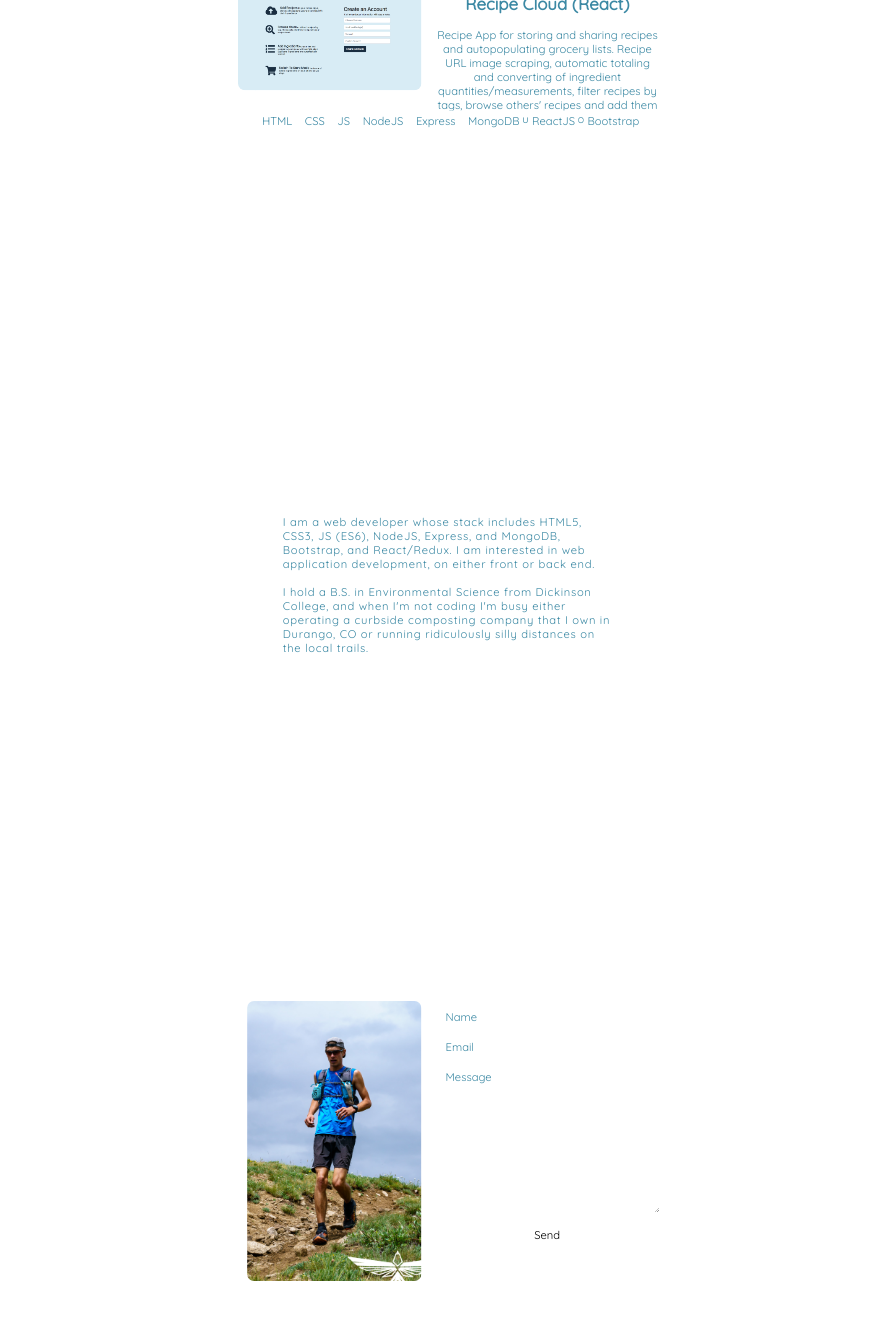
Repository: davidgolden/portfolio
Page: http://localhost/
The author's editor kept a record of every edit. The page is drawn from the files as they stood at one moment, then again after the next edit.
The browser window is 1280 px wide. The pictures show the part of the page from y = 960 to 2880 px (the page is 2880 px tall), at 70% of full size.
Some web fonts or font styles are not loaded; a fallback is used. The page is served by the project's Node server (app.js). Style sheets and scripts are compiled from the project's sources, by tool versions that may differ from the author's.

Above is the page before.

### views/index.html
<!DOCTYPE html>
<html>
<head>
	<title>David Golden</title>
	<meta name="viewport" content="width=device-width,initial-scale=1">
	<link rel="stylesheet" type="text/css" href="/assets/css/style.css">
	<link href="https://fonts.googleapis.com/css?family=Averia+Serif+Libre:400,700|Droid+Serif|Slabo+27px" rel="stylesheet">
	<link href="https://fonts.googleapis.com/css?family=Inconsolata|Quicksand" rel="stylesheet">

	<link rel="stylesheet" href="/assets/font-awesome/css/font-awesome.min.css">
</head>
<body>

<div class='container'>

<nav role = 'navigation' class='normalNav'>
	<span id='scrollIcon'><i class="fa fa-bars" aria-hidden="true"></i></span>
		<ul>
			<li class='icon' data-content='GitHub Portfolio'><a class='navLink' target='_blank' href='https://github.com/davidgolden'><i class="fa fa-github" aria-hidden="true"></i></a></li>
			<li class='icon' data-content='Email Me!'><a class='navLink' href='mailto:davidgoldeninbox@gmail.com'><i class="fa fa-envelope" aria-hidden="true"></i></a></li>
			<li class='icon' data-content='Resume'><a class='navLink' href=''><i class="fa fa-user" aria-hidden="true"></i></a></li>
		</ul>
		<ul>
			<li><a class = 'navLink' href="#titlePage">#home</a></li>
			<li><a class = 'navLink' href="#portfolio">#portfolio</a></li>
			<li><a class = 'navLink' href="#skills">#about</a></li>
			<li><a class = 'navLink' href="#contact">#contact</a></li>
			<li id='mobileIcons' style='display: none'>
				<a class='navLink' target='_blank' href='https://github.com/davidgolden'><i class="fa fa-github" aria-hidden="true"></i></a>
				<a class='navLink' href='mailto:davidgoldeninbox@gmail.com'><i class="fa fa-envelope" aria-hidden="true"></i></a>
				<a class='navLink' href='#'><i class="fa fa-user" aria-hidden="true"></i></a>
			</li>
		</ul>

	</nav>

<section id="titlePage">
		<h1>const david_golden;</h1>
		<!--<h2>david_golden = 'web developer';</h2>-->


</section>

<section id='portfolio'>
	<h2>let portfolio =</h2>

	<div class='item-container'>
		<div class='left-arrow'>
			<i class="fa fa-chevron-left" aria-hidden="true"></i>
		</div>

		<div class='item-image'>
		</div>
		<div class='item-desc'>
		</div>
		<div class='item-tags'>
			</div>
		<div class='right-arrow'>
			<i class="fa fa-chevron-right" aria-hidden="true"></i>
		</div>
	</div>

</section>
<section id='skills' class='hasBackground'>
<h2>let about =</h2>
<div class='aboutContainer'>
	<p>I am a web developer whose stack includes HTML5, CSS3, JS (ES6), NodeJS, Express, and MongoDB, Bootstrap, and React/Redux.
	I am interested in web application development, on either front or back end.<br><br>

	I hold a B.S. in Environmental Science from Dickinson College, and when I'm not coding I'm busy either operating a curbside composting company
	that I own in Durango, CO or running ridiculously silly distances on the local trails.</p>
</div>
</section>



<section id='contact'>
	<h2>let contact =</h2>
	<img src="assets/images/portfoliopic.jpg" style="height: 400px">
	<form id='contactForm'>
		<input type="text" name="name" placeholder = "Name" required>
		<input type="email" name="email" placeholder="Email" required>
		<textarea name='message' placeholder='Message' required></textarea>
		<input type='submit' id='sendEmailButton' value='Send'>
	</form>
</section>

</div>

</body>
<script type="text/javascript" src='/assets/js/script.js'></script>
</html>

### app.js
require('dotenv').config({path: './.env'});

var express = require('express'),
    app = express(),
    bodyParser = require('body-parser'),
    nodemailer = require('nodemailer');

app.use(express.static(__dirname +'/public'));
app.engine('html', require('ejs').renderFile);
app.use(bodyParser.urlencoded({extended: true}));
app.use(bodyParser.json());


app.get('/', function(req, res) {
    res.render('index.html');
})

app.post('/', function(req, res) {

    let name = req.body.name;
    let email = req.body.email;
    let message = req.body.message;

    let sendEmail = function(name, email, message) {
        var transporter = nodemailer.createTransport({
                    service: 'Mailgun',
                    auth: {
                        user: process.env.MAILUSER,
                        pass: process.env.MAILPASS
                    }
                });

                var mailOptions = {
                    from: email, // sender address
                    to: 'davidgoldeninbox@gmail.com', // list of receivers
                    subject: `Message from ${name}`, // Subject line
                    html: message // html body
                };

                transporter.sendMail(mailOptions, (error, info) => {
                    console.log('called');
                    if (error) {
                        console.log(error);
                        res.send('error');
                    } else {
                        console.log('sent');
                        res.send('sent');
                    }
                });
    }
    if(name != undefined && message !== '') {
      sendEmail(name, email, message);
    }
})

app.get('*', function(req, res) {
    res.redirect('/');
})

app.listen(3000, function(){
  console.log("Express server listening on port %d in %s mode", this.address().port, app.settings.env);
});

### public/assets/js/script.js
document.getElementById('titlePage').style.height = window.innerHeight+'px';

// *********** Start NavBar Script ***************
var navBar = document.getElementsByTagName('nav')[0];
var scrollIcon = document.getElementById('scrollIcon');
var mobileNavOpen = false;
var scrollDown = false;
var navLink = document.getElementsByClassName('navLink');
let navIcons = document.getElementById('mobileIcons');
var isSmall;

function turnOnMobile() {
	navBar.classList.remove('normalNav');
	navBar.classList.add('navOnScroll');
	navIcons.style.display='block';
}

function turnOffMobile() {
	navBar.classList.remove('navOnScroll');
	navBar.classList.add('normalNav');
	navBar.classList.remove('mobileNav');
	navIcons.style.display='none';
}

// function checkY(y) {
// 	if(window.scrollY > (y*.25)) {
// 		turnOnMobile();
// 		scrollDown = true;
// 	}
// 	// When you scroll up, turn off mobile
// 	else if(isSmall == false) {
// 		turnOffMobile();
// 		scrollDown = false;
// 	}
// }

function checkX(x) {
	if(x <= 960) {
		turnOnMobile();
		isSmall = true;
	}
	else {
		turnOffMobile();
		isSmall = false;
	}
}

// Find screen size, turn on mobile if applicable
window.addEventListener('load', function() {
	checkX(window.innerWidth);
})

// When you scroll down, turn on mobile
// window.addEventListener('scroll', function() {
// 	checkY(window.innerHeight);
// });
// When screen is resized, find out size, then turn on mobile if applicable
window.addEventListener('resize', function() {
	//resize background image
	document.getElementById('titlePage').style.height = window.innerHeight+'px';
	checkX(window.innerWidth);
	// if(scrollDown == true) {
	// 	checkY(window.innerHeight);
	// }
})

// On click of hamburger icon
scrollIcon.addEventListener('click', function() {
	// If mobileNav is closed, open it
	if(mobileNavOpen == false) {
		navBar.classList.add('mobileNav');
		mobileNavOpen = true;
	}
	// If mobileNav is open, close it
	else {
		navBar.classList.remove('mobileNav');
		mobileNavOpen = false;
	}
})

for(var i=0; i<navLink.length; i++) {
	navLink[i].addEventListener('click', function() {
		navBar.classList.remove('mobileNav');
		mobileNavOpen = false;
		// checkY(window.innerHeight);
	})
}
// *********** End NavBar Script ***************


// *********** Start Portfolio Script ***************

var projects = [
	{
		name: "recipe-cloud-react",
		imgURL: "assets/images/recipe-cloud-react.png",
		link: "http://www.react.recipe-cloud.com",
		desc: "<h3>Recipe Cloud (React)</h3> <br> Recipe App for storing and sharing recipes and autopopulating grocery lists. Recipe URL image scraping, automatic totaling and converting of ingredient quantities/measurements, filter recipes by tags, browse others' recipes and add them to your recipe book!",
		tags: ["HTML", "CSS", "JS", "NodeJS", "Express", "MongoDB", "ReactJS", "Bootstrap"]
	},
	{
		name: "recipe-cloud",
		imgURL: "assets/images/recipebook.png",
		link: "http://www.recipe-cloud.com",
		desc: "<h3>Recipe Cloud</h3> <br> This is the non-react (and original) version of the previous app. Recipe Cloud is for storing and sharing recipes and autopopulating grocery lists. Recipe URL image scraping, automatic totaling and converting of ingredient quantities/measurements, filter recipes by tags, browse others' recipes and add them to your recipe book, and edit just about anything!",
		tags: ["HTML", "CSS", "JS", "NodeJS", "Express", "MongoDB", "Bootstrap"]
	},
	{
		name: "tfc",
		imgURL: "assets/images/tfc.png",
		link: "https://www.tabletofarmcompost.com",
		desc: "<h3>Table to Farm Compost</h3> <br> This website for my curbside composting company prompts users to enter their address and immediately assigns them a pick up day using Google Maps API. There is a user dashboard for customers to update their payment information, address, or request compost, and an admin dashboard for monitoring all customer details.",
		tags: ["HTML", "CSS", "JS", "Google Maps API", "Stripe API", "NodeJS", "Express", "MongoDB"]
	},
	{
		name: "movies",
		imgURL: "assets/images/movie.png",
		link: "http://movies.david-golden.com/",
		desc: "<h3>Current Movies React App</h3> <br> An app that filters movies by release date and genre to help users find popular current movies. Built entirely vanilla CSS using React JS.",
		tags: ["HTML", "CSS", "JS", "The Movie DB API", "ReactJS"]
	},
	{
		name: "uglyduck",
		imgURL: "assets/images/uglyduck.png",
		link: "http://www.uglyduckstudio.com/",
		desc: "<h3>Web Design Studio Website</h3> <br> Website I built for a personal freelance design/development company. Build in HTML, CSS3 (vanilla), and JS (vanilla; navbar is the only Bootstrap component) with a NodeJS backend.",
		tags: ["HTML", "CSS", "JS", "Bootstrap"]
	},
	{
		name: "portfolio",
		imgURL: "assets/images/profilesite.png",
		desc: "<h3>This Site!</h3><br>It's nothing super fancy, but I built this website using entirely vanilla CSS (including CSS Grid) and JS without the use of any frameworks.",
		tags: ["HTML", "CSS", "JS"]
	}
];

var displayProject = document.getElementById('displayProject');
var displayImage = document.getElementsByClassName('item-image')[0];
var displayDesc = document.getElementsByClassName('item-desc')[0];
var displayTags = document.getElementsByClassName('item-tags')[0];
var nextProject = document.getElementsByClassName('fa-chevron-right')[0];
var lastProject = document.getElementsByClassName('fa-chevron-left')[0];
var currentProject = 0;

showProject(currentProject);

lastProject.addEventListener('click', function() {
	displayLastProject();
})

nextProject.addEventListener('click', function() {
	displayNextProject();
})

function showProject(currentProject) {
	displayImage.innerHTML = "<a href='"+projects[currentProject].link+"'target='_blank'><img src='"+projects[currentProject].imgURL+"'></a>";
	displayDesc.innerHTML = `<p>${projects[currentProject].desc}</p>`;
	displayTags.innerHTML = "";
	for(var i = 0; i<projects[currentProject].tags.length; i++) {
		displayTags.innerHTML += "<span>"+projects[currentProject].tags[i]+"</span>";
	}
}

function displayNextProject() {
	// add 1 to currentproject
	currentProject++;
	// if currentproject is > projects.length-1, reset back to 0, then display project
	if(currentProject > projects.length-1) {
		currentProject =0;
		showProject(currentProject);
	}
	// if not, display project
	else {
		showProject(currentProject);
	}
}

function displayLastProject() {
	// subtract 1 from currentproject
	currentProject--;
	// if current project < project.length-project.length, reset to currentproject.length-1
	if(currentProject < 0) {
		currentProject = projects.length-1;
		showProject(currentProject);
	}
	//if not, display project
	else {
		showProject(currentProject);
	}

}


// SEND EMAIL!
// document.getElementById('contactForm').preventDefault();
let sendButton = document.getElementById('sendEmailButton')
sendButton.addEventListener('click', function(event) {
	event.preventDefault();
	console.log('sent')
	let name = document.getElementsByName('name')[0].value;
	let email = document.getElementsByName('email')[0].value;
	let message = document.getElementsByName('message')[0].value;
	sendButton.classList.add('disabled');
	sendButton.innerHTML = "<i class='fa fa-spinner fa-pulse fa-3x fa-fw'></i><span class='sr-only'>Loading...</span>"; // set to spinner
	let xml = new XMLHttpRequest();
	  xml.open("POST", "/", true);
	  xml.setRequestHeader('Content-Type', 'application/json; charset=utf-8');
	  xml.send(JSON.stringify({name: name, email: email, message: message}));
  xml.onreadystatechange = function() {
    if (xml.readyState === 4) {
      if(xml.response === 'sent') { // on success
		sendButton.innerHTML = 'Message Received';
      } else { // no image found
        sendButton.classList.remove('disabled');
        sendButton.innerHTML = 'Send';
        alert('There was a problem processing your request!');
      }
    }
  }

})

### public/assets/css/style.scss
/******* Global Styles *********/

$blue: #70cff1;
$dark: #3C89A4;
$light: white;
$other: $dark;
//#A75A08

$break: 850px;

* {
        margin: 0;
        padding: 0;
        border: 0;
        outline: 0;
        font-size: 100%;
        vertical-align: baseline;
        background: transparent;
        /*border: 1px solid black;*/
    }

body:before {
  content: "";
  display: block;
  position: fixed;
  left: 0;
  top: 0;
  width: 100%;
  height: 100%;
  z-index: -10;
  background: url(/assets/images/chesler3.png) no-repeat center center;
  -webkit-background-size: cover;
  -moz-background-size: cover;
  -o-background-size: cover;
  background-size: cover;
}

h1, h2, h3, h4 {
	// font-family: 'Averia Serif Libre', cursive;
	font-family: 'Inconsolata', monospace;
	color: $light;
	// -webkit-text-stroke: 2px $dark;
}

h2 {
	font-size: 4em;
}

* {
	font-family: 'Quicksand', sans-serif;
}

p {
	color: $dark;
	font-family: 'Quicksand', sans-serif;
	letter-spacing: 1px;
}

li, a, h3 {
	font-family: 'Quicksand', sans-serif;
	color: $light;
}

.container {
	display: grid;
	grid-template-columns: 100%;
	grid-template-rows: auto 100vh 100vh 100vh 100vh;
}

section > h2 {
	margin-bottom: 25px;
	@media(max-width: $break) {
		font-size: 1.7rem;
	}
}


/******* Header Section Styles *********/

#titlePage {
	grid-row-start: 2;
	h1 {
		font-size: 4rem;
		margin-top: 15%;
		text-align: center;

		@media (max-width: $break) {
			font-size: 350%;
			width: 80%;
			margin: 35% auto 0;
		}
	}

	h2 {
		font-size: 1.5rem;
		padding-bottom: 3%;
		text-align: center;
		letter-spacing: 10px;

		@media (max-width: $break) {
			font-size: 125%;
			margin: 0 auto 5%;
			width: 80%;
		}
	}

	> a {
		color: $dark;
		background-color: $light;
		border: 1px solid $dark;
		text-decoration: none;
		padding: 10px;
		margin: 0 auto;
		display: block;
		width: 150px;
		border-radius: 10px;
	}

	> a:hover {
		border-width: 5px;
	}
}

.icon:active::after, .icon:hover::after {
  content: attr(data-content);
  position: absolute;
  right: 10px;
  top: 60px;
  width: auto;
  border: 4px solid $dark;
  background-color: $light;
  padding: 12px;
  color: $dark;
  font-size: 14px;
  z-index: 1;
}

/******* Portfolio Section Styles *********/

#portfolio {
	padding-top: 10%;
	grid-row-start: 3;
	text-align: center;

	.item-container {

		margin: 0 auto;
		width: 60%;
		display: grid;
		grid-template-columns: 9% 34% 43% 9%;
		grid-template-rows: 50% 18% auto;
		grid-column-gap: 2%;
		grid-row-gap: 25px;

		@media(max-width: $break) {
			width: 100%;
		}
	}

	i {
		font-size: 5rem;
		cursor: pointer;
		color: $light;

		@media(max-width: $break) {
			font-size: 3rem;
		}
	}

	i:hover {
		color: $dark;
	}

	.left-arrow {
		grid-column-start: 1;
		grid-column-end: 2;
		grid-row-start: 1;
		grid-row-end: 3;
		align-self: center;
	}

	.right-arrow {
		grid-column-start: 4;
		grid-column-end: 5;
		grid-row-start: 1;
		grid-row-end: 3;
		align-self: center;
	}

	.item-image {
		grid-column-start: 2;
		grid-column-end: 3;
		grid-row-start: 1;
		grid-row-end: 2;
		align-content: center;
		border: 2px $light;

		img {
			width: 100%;
			height: 100%;
			object-fit: cover;
			border-radius: 10px;
		}
		@media(max-width: $break) {
			grid-column-end: 4;
		}
	}

	.item-desc {
		border-radius: 10px;
		padding: 5px;
		background-color: $light;
		grid-column-start: 3;
		grid-column-end: 4;
		grid-row-start: 1;
		grid-row-end: 2;
		color: $dark;
		min-height: 200px;
		align-content: center;
		border: 2px $light;

		@media(max-width: $break) {
			grid-column-start: 2;
			grid-column-end: 4;
			grid-row-start: 2;
			grid-row-end: 3;
		}

		h3 {
			color: $dark;
			font-size: 1.5rem;
		}
	}

	.item-tags {
		grid-column-start: 2;
		grid-column-end: 4;
		grid-row-start: 2;
		grid-row-end: 3;
		span {
			background-color: $light;
			padding: 5px;
			color: $dark;
			border-radius: 5px;
			margin: 4px;
			display: inline-block;
		}
		@media(max-width: $break) {
			grid-row-start: 3;
			grid-row-end: 4;
		}
	}
}

/******* Skills Section Styles *********/

#skills {
	padding-top: 10%;
	grid-row-start: 4;

	h2 {
		text-align: center;
		margin-top: 15px;
	}

	p {
		border-radius: 10px;
		padding: 20px;
	}

	.aboutContainer {
		width: 40%;
		margin: 0 auto;
		background-color: $light;
		border-radius: 10px;

		@media (max-width: $break) {
			width: 80%;
		}
	}
}

/******* Contact Section Styles *********/

#contact {
	padding: 10% 0;
	text-align: center;
	grid-row-start: 5;

	.disabled {
		cursor: default;
		opacity: .8;
		pointer-events: none;
	}

	img {
		margin: 10px;
		border-radius: 10px;
		height: 359px;

		@media(max-width: $break) {
			display: none;
		}
	}

	form {
		width: 300px;
		padding: 10px;
		vertical-align: top;
		display: inline-block;
	}

	input {
		background-color: $light;
		margin: 5px;
		border-radius: 5px;
		line-height: 1.5em;
		width: 100%;
		padding: 5px;
	}

	textarea {
		background-color: $light;
		margin: 5px;
		border-radius: 5px;
		height: 200px;
		padding: 5px;
		width: 100%;
	}

	input::-webkit-input-placeholder {
		color: $dark;
	}

	input:-moz-placeholder{
		color: $dark;
	}

	input::-moz-placeholder{
		color: $dark;
	}

	input:-ms-input-placeholder{
		color: $dark;
	}

	textarea::-webkit-input-placeholder {
		color: $dark;
	}

	textarea:-moz-placeholder{
		color: $dark;
	}

	textarea::-moz-placeholder{
		color: $dark;
	}

	textarea:-ms-input-placeholder{
		color: $dark;
	}

	button {
		width: 310px;
		background-color: $dark;
		border-radius: 5px;
		color: white;
		cursor: pointer;
		margin: 5px;
		padding: 10px;
	}

	button:hover {
		color: $dark;
		background-color: $light;
	}

}

/******* Navigation Styles *********/

nav {
	grid-row-start: 1;
}

.normalNav {
	position: fixed;
	height: 60px;
	width: 100%;
	background-color: $blue;

	ul {
		list-style: none;
		float: right;
	}

	ul li {
		float: left;
		font-size: 1.1em;
		cursor: pointer;
		color: $other !important;
		padding: 15px;
		border-right: 2px solid $other;
		cursor: pointer;
	}

	.icon, .icon a {
		border: none;
		padding: 3px;
		font-size: 2rem;
		color: $dark !important;
	}
	.icon:first-of-type {
		padding-left: 15px;
	}
	.icon:hover, .icon:hover a {
		color: $light !important;
	}

	ul li:last-child {
		border-right: 0;
	}

	a {
		text-decoration: none;
	}

	ul li a:hover {
		color: $dark;
	}
}

#scrollIcon {
	display: none;
}

.navOnScroll {
	width: 100%;
	position: fixed;
	background-color: $other;
	top: 0;
	right: 0;
	height: 60px;
	z-index: 2;

	ul {
		display: none;
	}

	#scrollIcon {
		display: block;
		position: fixed;
		top: 10px;
		right: 20px;
		color: white;
		font-size: 2em;
		cursor: pointer;
	}
}

.mobileNav {

	ul {
		list-style: none;
		float: right;
		position: fixed;
		top: 60px;
		display: block;
		text-align: right;
		width: 100%;
		background-color: $other;
	}

	ul li {
		font-size: 1.1em;
		cursor: pointer;
		margin-right: 40px;
		width: 100%;
		padding-bottom: 10px;
	}

	ul li a {
		color: white;
		text-decoration: none;
		margin-right: 20px;
	}

	a:hover {
		text-decoration: underline;
	}
}

After the next edit:
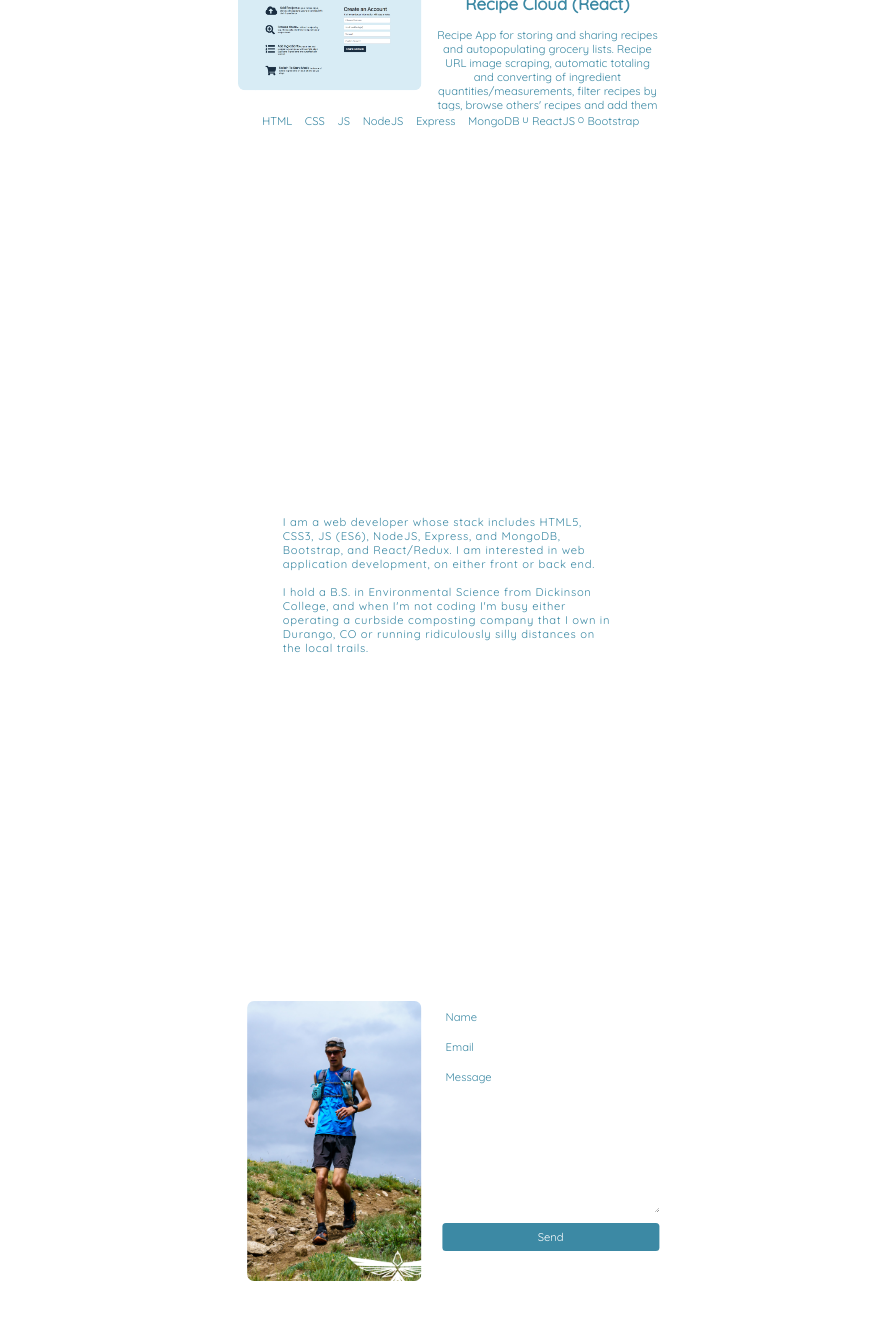
The edit:
--- a/views/index.html
+++ b/views/index.html
@@ -81,7 +81,7 @@
 		<input type="text" name="name" placeholder = "Name" required>
 		<input type="email" name="email" placeholder="Email" required>
 		<textarea name='message' placeholder='Message' required></textarea>
-		<input type='submit' id='sendEmailButton' value='Send'>
+		<button type='button' id='sendEmailButton'>Send</button>
 	</form>
 </section>
 
